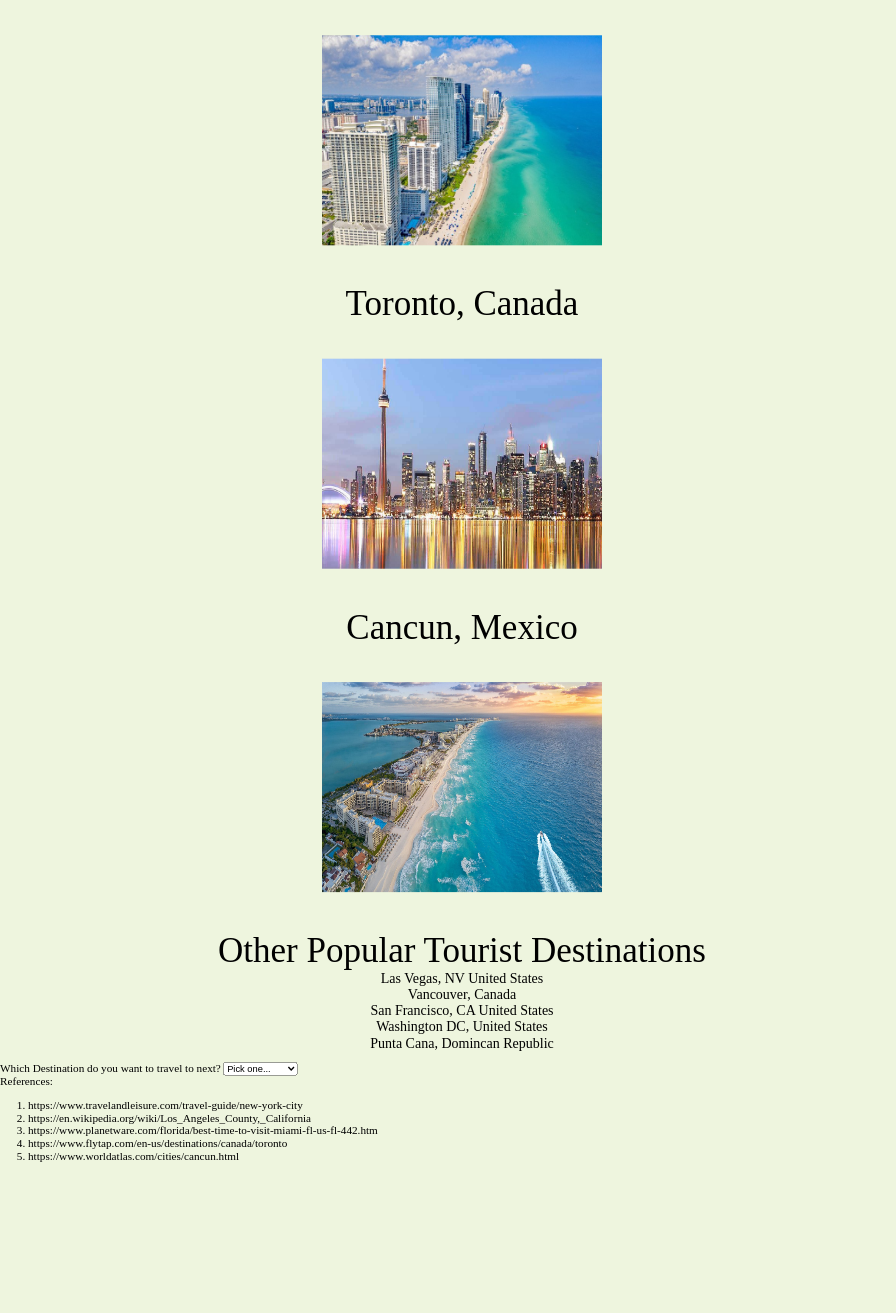
Repository: alharama/StaticWebsite
Page: na_page.html
The author's editor kept a copy of each file at every save. The page is drawn from the files as they stood at one save, then again after the next save.
The browser window is 1280 px wide. The pictures show the part of the page from y = 1699 to 3619 px (the page is 3575 px tall before and 3619 px after), at 70% of full size.

Above is the page before, as saved 2021-09-29 22:58:34.

After the next save:
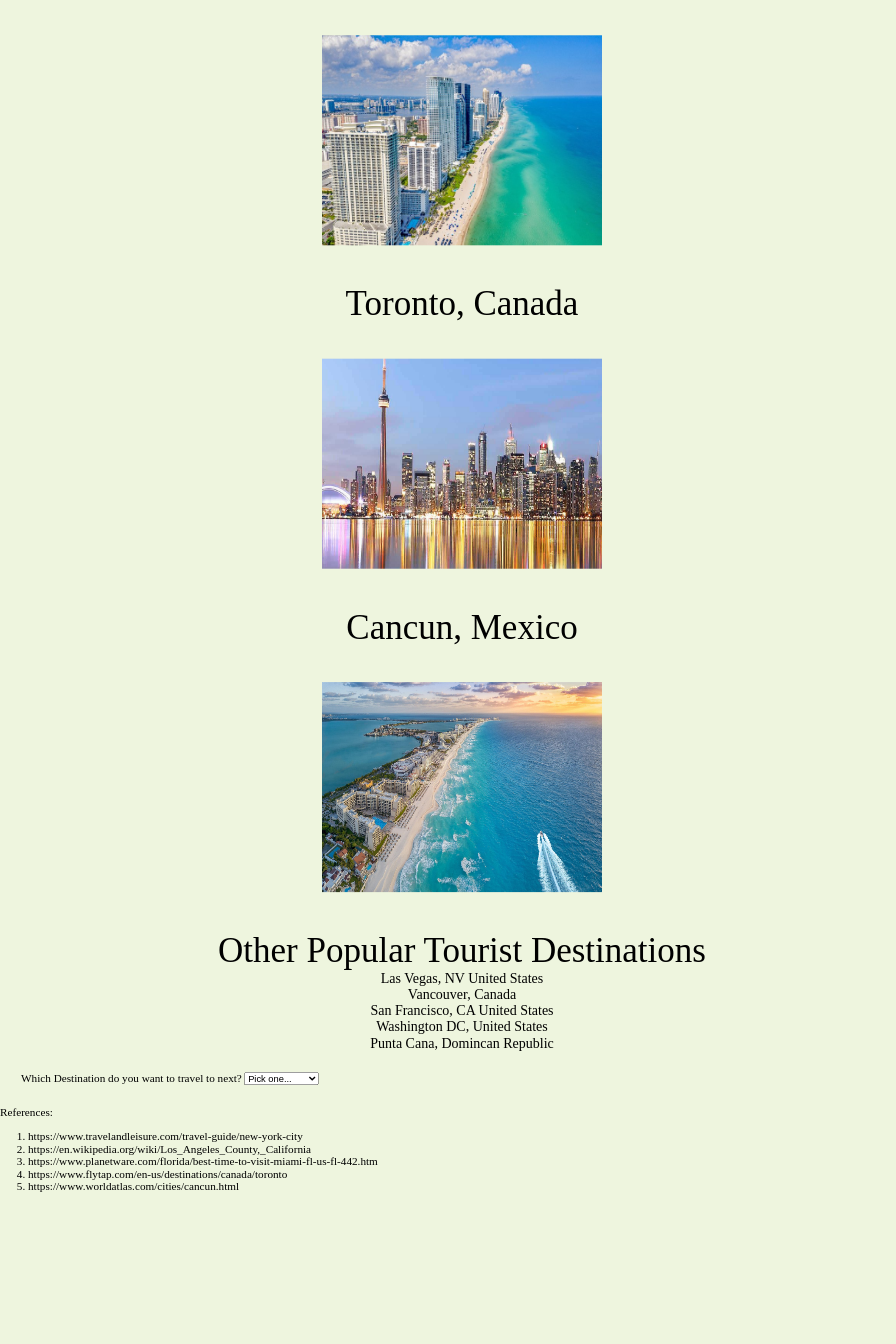
Saved 15 s later.
--- a/na_page.html
+++ b/na_page.html
@@ -16,6 +16,10 @@
             width: auto;
             height: 300px;
 
+        }
+
+        #survey {
+            margin: 30px;
         }
 
 
